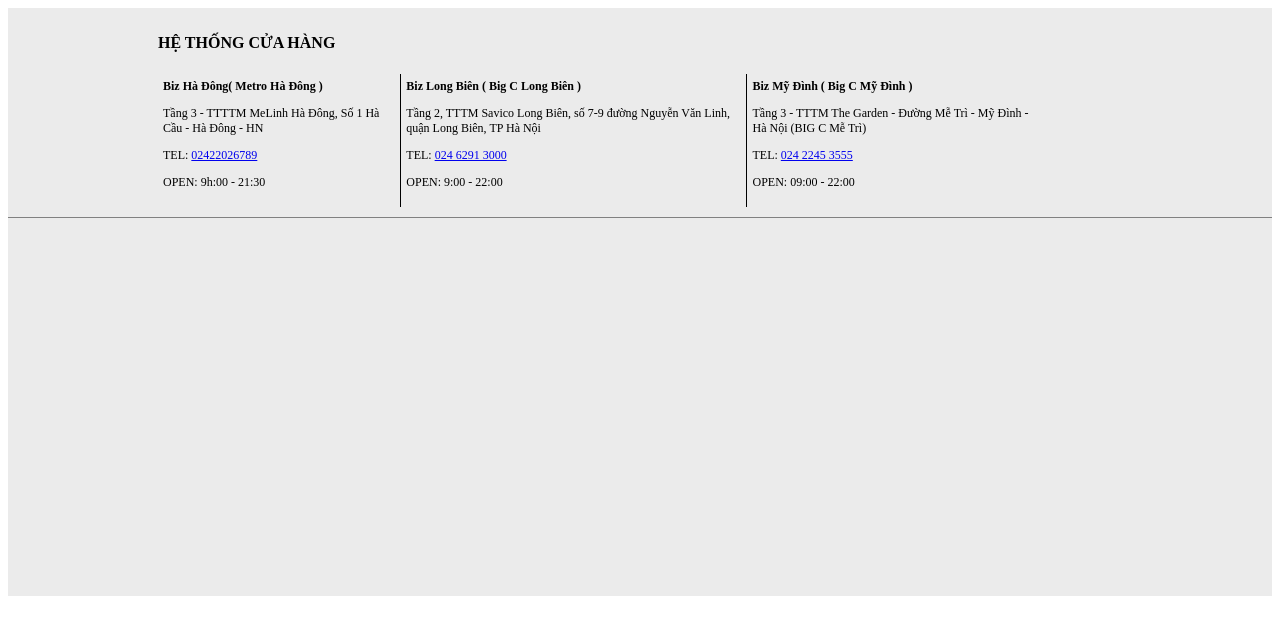
Repository: LongNguyen2504/T3H-FrondEnd
Page: lesson4_css_homework1.html
The author's editor kept a copy of each file at every save. The page is drawn from the files as they stood at one save, then again after the next save.
The browser window is 1280 px wide. The pictures show the whole page.

Above is the page before, as saved 2021-12-04 20:46:45.

After the next save:
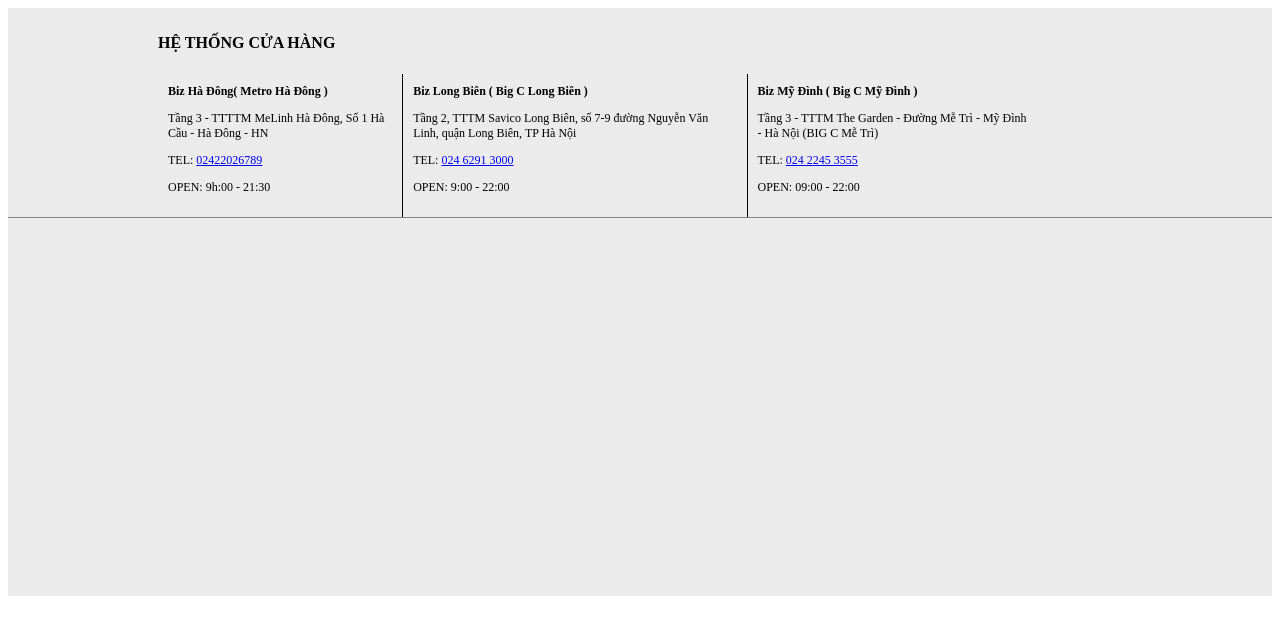
Saved 7 s later.
--- a/lesson4_css_homework1.css
+++ b/lesson4_css_homework1.css
@@ -31,16 +31,16 @@
 
 }
 .box1{
-    padding: 5px;
+    padding: 10px;
     font-size: 12px;
     border-right: 1px solid black ;
 }
 .box2{
-    padding: 5px;
+    padding: 10px;
     font-size: 12px;
     border-right: 1px solid black ;
 }
 .box3{
-    padding: 5px;
+    padding: 10px;
     font-size: 12px;
 }
